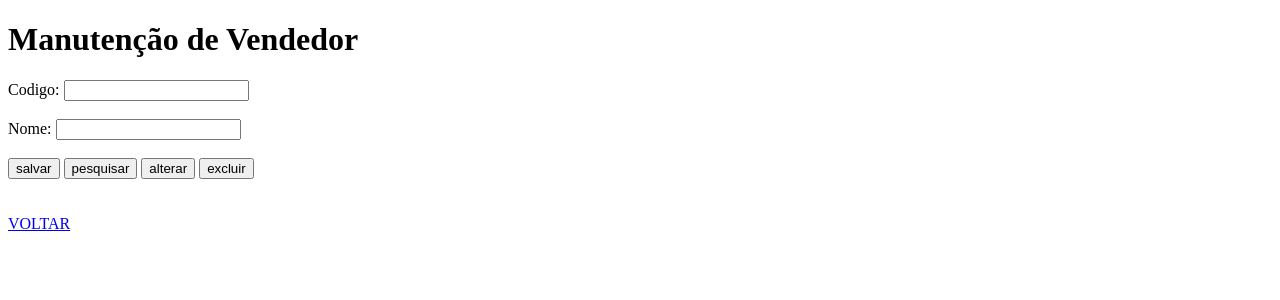
Repository: gabriellacrystina/workspaceWeb
Page: http://localhost/PrjVendas/ManutencaoVendedor.jsp
These files come from the project's save history. The page is drawn as it stood at one moment and after the next save; the edit follows.
The browser window is 1280 px wide. The pictures show the whole page.
The page is served by Tomcat 9.

Above is the page before, as saved 2015-09-15 01:47:14.

After the next save:
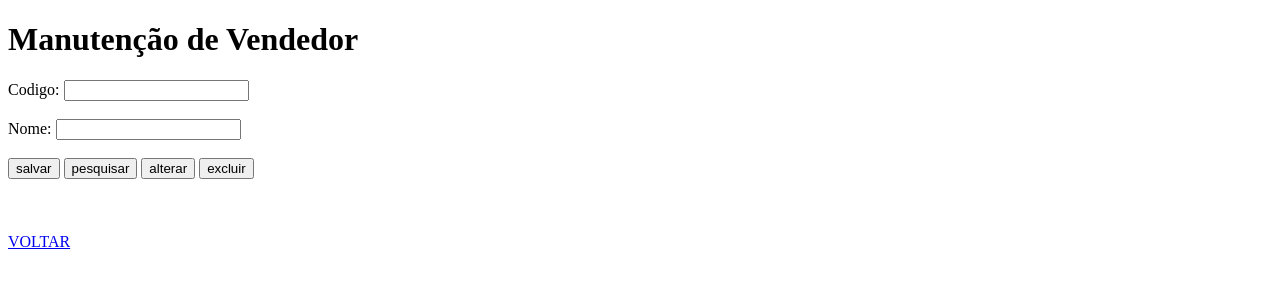
Saved 96 s later.
--- a/PrjVendas/WebContent/ManutencaoVendedor.jsp
+++ b/PrjVendas/WebContent/ManutencaoVendedor.jsp
@@ -18,7 +18,7 @@
 			<input type="submit" name="btnSubmit" value="salvar">
 			<input type="submit" name="btnSubmit" value="pesquisar">
 			<input type="submit" name="btnSubmit" value="alterar">
-			<input type="submit" name="btnSubmit" value="excluir">
+			<input type="submit" name="btnSubmit" value="excluir"><br><br>
 
 		</form>
 
